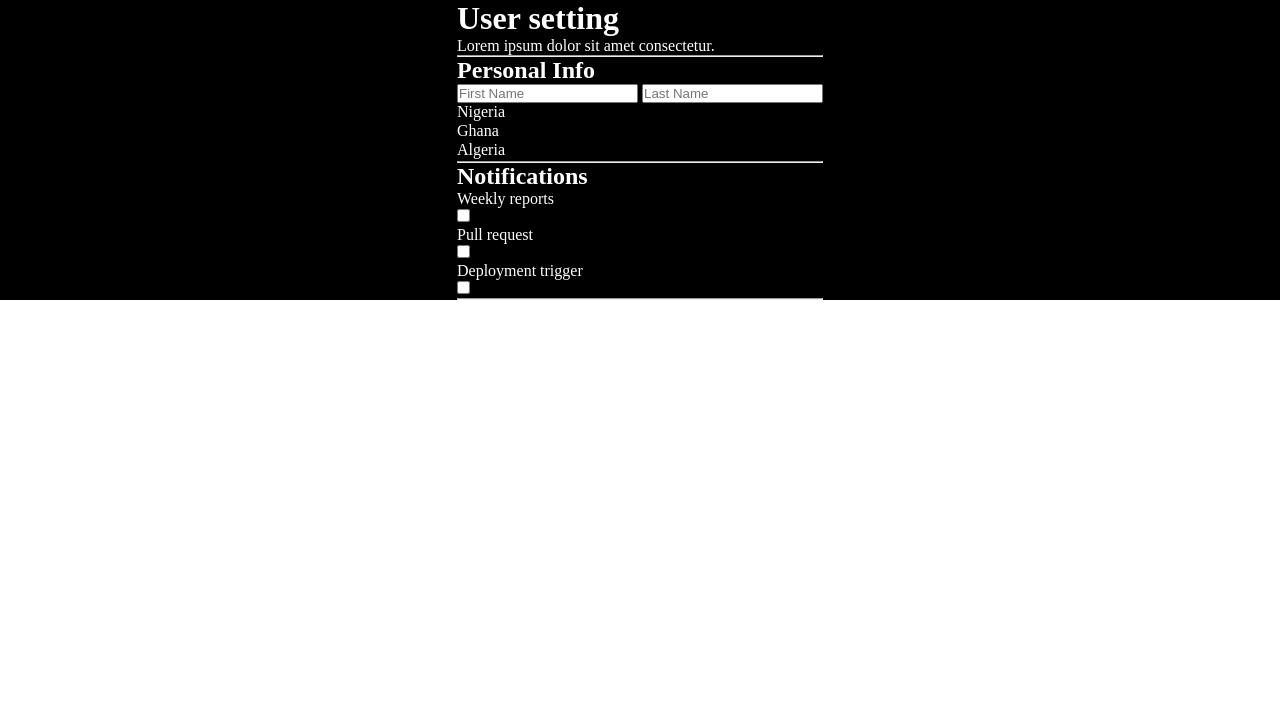
Repository: imokha01/DOM
Page: index.html
The author's editor kept a copy of each file at every save. The page is drawn from the files as they stood at one save, then again after the next save.
The browser window is 1280 px wide. The pictures show the whole page.

Above is the page before, as saved 2023-12-19 17:11:25.

### index.html
<!DOCTYPE html>
<html lang="en">
  <head>
    <meta charset="UTF-8" />
    <meta name="viewport" content="width=device-width, initial-scale=1.0" />
    <title>Document</title>
    <link rel="stylesheet" href="./index.css" />
  </head>
<body>
  <div class="form_container">
    <form action="#">
      <div>
          <h1>User setting</h1>
          <p>Lorem ipsum dolor sit amet consectetur.</p>
      </div>
      <hr>
      <div>
        <h2>Personal Info</h2>
        <input type="text" class="firstName" placeholder="First Name">
        <input type="text" class="lastName" placeholder="Last Name">
        <section>
            <option value="country" disabled hidden selected>Country</option>
            <option value="Nigeria">Nigeria</option>
            <option value="ghana">Ghana</option>
            <option value="algeria">Algeria</option>
        </section>
        <hr>
        <div>
          <h2>Notifications</h2>
          <div class="weeklyReport">
            <p class="week-para">Weekly reports</p>
            <!-- Rounded switch -->
            <label class="switch">
                 <input type="checkbox">
                <span class="slider round"></span>
            </label>
          </div>
          <div class="pullRequest">
            <p class="pull-para">Pull request</p>
            <!-- Rounded switch -->
            <label class="switch">
                 <input type="checkbox">
                <span class="slider round"></span>
            </label>
          </div>
          <div class="deployment">
            <p class="depoly-para">Deployment trigger</p>
            <!-- Rounded switch -->
          <label class="switch">
                 <input type="checkbox">
                <span class="slider round"></span>
            </label>
          </div>
          <hr>



        </div>
      </div>
    </form>


  </div>
    <script src="./index.js"></script>
  </body>
</html>

### index.css
* {
    margin: 0;
    padding: 0;
    box-sizing: border-box;
}

.form_container {
    display: flex;
    justify-content: center;
    align-items: center;
    gap: 2px;
    background-color: black;
    color: while;
}

form {
    color: white;
}








/* * The switch - the box around the slider */
/* .switch {
  position: relative;
  display: inline-block;
  width: 60px;
  height: 34px;
} */

/* Hide default HTML checkbox */
/* .switch input {
  opacity: 0;
  width: 0;
  height: 0;
} */

/* The slider */
/* .slider {
  position: absolute;
  cursor: pointer;
  top: 0;
  left: 0;
  right: 0;
  bottom: 0;
  background-color: #ccc;
  -webkit-transition: .4s;
  transition: .4s;
} */

.slider:before {
  position: absolute;
  content: "";
  height: 26px;
  width: 26px;
  left: 4px;
  bottom: 4px;
  -webkit-transition: .4s;
  transition: .4s;
}

input:checked + .slider {
  background-color: #2196F3;
}

input:focus + .slider {
  box-shadow: 0 0 1px #2196F3;
}

input:checked + .slider:before {
  -webkit-transform: translateX(26px);
  -ms-transform: translateX(26px);
  transform: translateX(26px);
}

/* Rounded sliders */
.slider.round {
  border-radius: 34px;
}

.slider.round:before {
  border-radius: 50%;
} */

### index.js
// const button = document.getElementsByTagName("button")[0]
// console.log(button)

// button.style.backgroundColor = "skyblue"
// button.style.padding = "20px";
// button.style.border = "none";
// button.style.borderRadius = "10px";
// button.style.fontSize  = "1.5em";
// button.style.color = "red";

// const body = document.querySelector("body")
// body.style.backgroundColor = "lightgreen";

const newDiv = document.createElement("div");
const newContent = document.createTextNode("hey, What is up");
newDiv.appendChild(newContent);
console.log(newDiv)

const button = document.createElement("button")

After the next save:
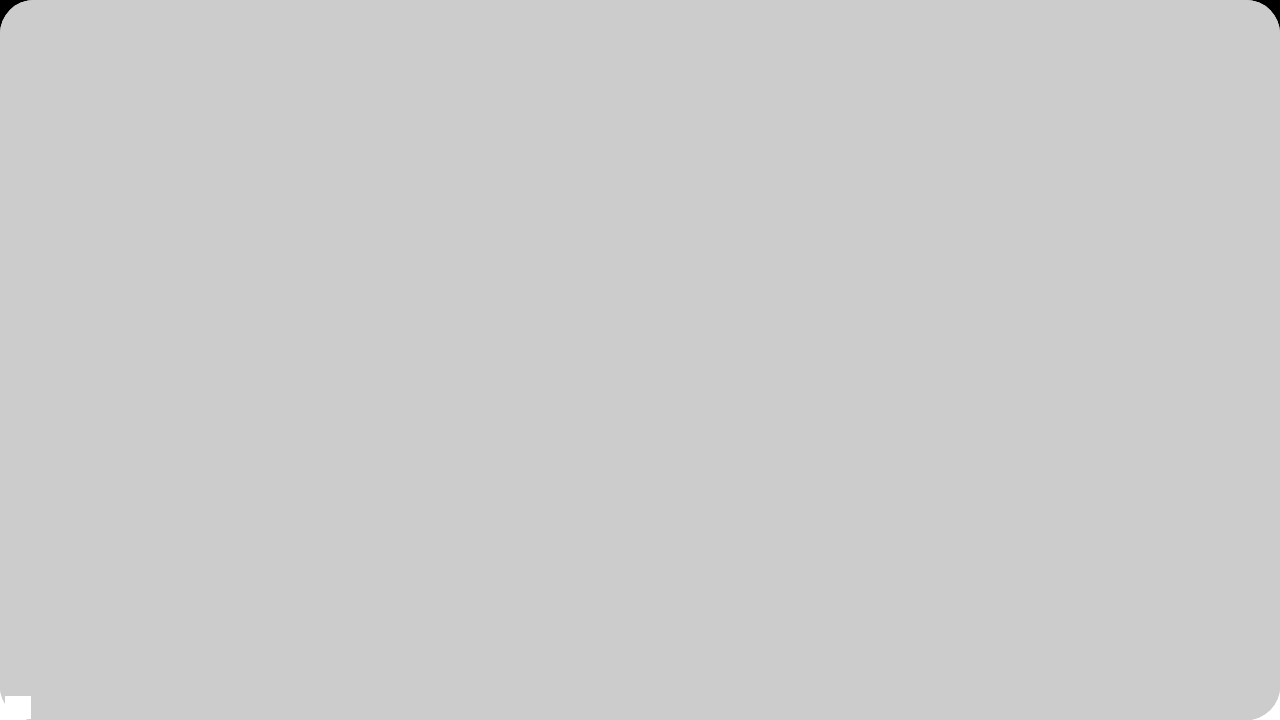
Saved 81 s later.
--- a/index.css
+++ b/index.css
@@ -25,63 +25,63 @@
 
 
 /* * The switch - the box around the slider */
-/* .switch {
-  position: relative;
-  display: inline-block;
-  width: 60px;
-  height: 34px;
-} */
+/    position: relative;
+display: inline-block;
+width: 60px;
+height: 27px;
+}
 
 /* Hide default HTML checkbox */
-/* .switch input {
-  opacity: 0;
-  width: 0;
-  height: 0;
-} */
+.switch input {
+opacity: 0;
+width: 0;
+height: 0;
+}
 
 /* The slider */
-/* .slider {
-  position: absolute;
-  cursor: pointer;
-  top: 0;
-  left: 0;
-  right: 0;
-  bottom: 0;
-  background-color: #ccc;
-  -webkit-transition: .4s;
-  transition: .4s;
-} */
+.slider {
+position: absolute;
+cursor: pointer;
+top: 0;
+left: 0;
+right: 0;
+bottom: 0;
+background-color: #ccc;
+-webkit-transition: .4s;
+transition: .4s;
+}
 
 .slider:before {
-  position: absolute;
-  content: "";
-  height: 26px;
-  width: 26px;
-  left: 4px;
-  bottom: 4px;
-  -webkit-transition: .4s;
-  transition: .4s;
+position: absolute;
+content: "";
+height: 23px;
+width: 26px;
+left: 5px;
+bottom: 1px;
+background-color: white;
+-webkit-transition: .4s;
+transition: .4s;
 }
 
 input:checked + .slider {
-  background-color: #2196F3;
+background-color: #2196F3;
 }
 
 input:focus + .slider {
-  box-shadow: 0 0 1px #2196F3;
+box-shadow: 0 0 1px #2196F3;
 }
 
 input:checked + .slider:before {
-  -webkit-transform: translateX(26px);
-  -ms-transform: translateX(26px);
-  transform: translateX(26px);
+-webkit-transform: translateX(26px);
+-ms-transform: translateX(26px);
+transform: translateX(26px);
 }
 
 /* Rounded sliders */
 .slider.round {
-  border-radius: 34px;
+border-radius: 34px;
 }
 
 .slider.round:before {
-  border-radius: 50%;
-} */
+border-radius: 50%;
+  }

After the 4 saves that followed:
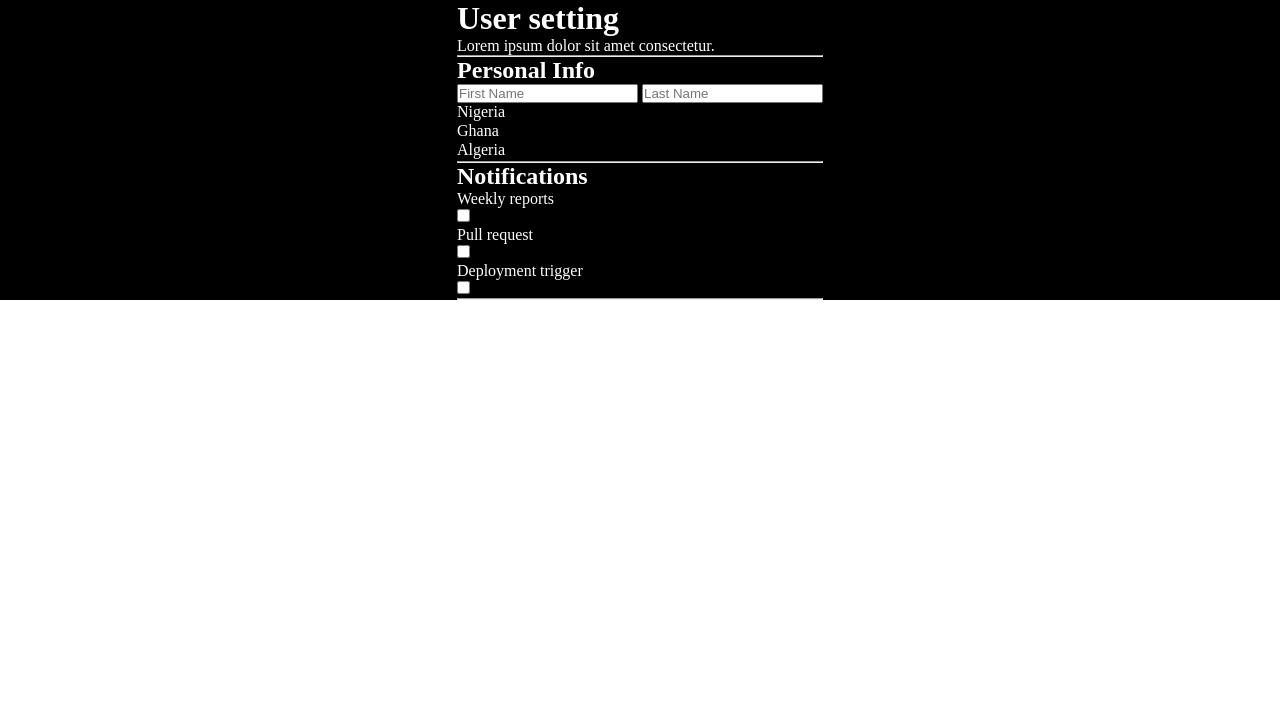
The 4 saves are shown as one change because 1 left the picture as it was and some came seconds apart.
The last was saved 41 s later.
--- a/index.css
+++ b/index.css
@@ -14,7 +14,7 @@
 }
 
 form {
-    color: white;
+    color: white
 }
 
 
@@ -25,63 +25,63 @@
 
 
 /* * The switch - the box around the slider */
-/    position: relative;
-display: inline-block;
-width: 60px;
-height: 27px;
-}
+/* .switch {
+  position: relative;
+  display: inline-block;
+  width: 60px;
+  height: 34px;
+} */
 
 /* Hide default HTML checkbox */
-.switch input {
-opacity: 0;
-width: 0;
-height: 0;
-}
+/* .switch input {
+  opacity: 0;
+  width: 0;
+  height: 0;
+} */
 
 /* The slider */
-.slider {
-position: absolute;
-cursor: pointer;
-top: 0;
-left: 0;
-right: 0;
-bottom: 0;
-background-color: #ccc;
--webkit-transition: .4s;
-transition: .4s;
-}
+/* .slider {
+  position: absolute;
+  cursor: pointer;
+  top: 0;
+  left: 0;
+  right: 0;
+  bottom: 0;
+  background-color: #ccc;
+  -webkit-transition: .4s;
+  transition: .4s;
+} */
 
 .slider:before {
-position: absolute;
-content: "";
-height: 23px;
-width: 26px;
-left: 5px;
-bottom: 1px;
-background-color: white;
--webkit-transition: .4s;
-transition: .4s;
+  position: absolute;
+  content: "";
+  height: 26px;
+  width: 26px;
+  left: 4px;
+  bottom: 4px;
+  -webkit-transition: .4s;
+  transition: .4s;
 }
 
 input:checked + .slider {
-background-color: #2196F3;
+  background-color: #2196F3;
 }
 
 input:focus + .slider {
-box-shadow: 0 0 1px #2196F3;
+  box-shadow: 0 0 1px #2196F3;
 }
 
 input:checked + .slider:before {
--webkit-transform: translateX(26px);
--ms-transform: translateX(26px);
-transform: translateX(26px);
+  -webkit-transform: translateX(26px);
+  -ms-transform: translateX(26px);
+  transform: translateX(26px);
 }
 
 /* Rounded sliders */
 .slider.round {
-border-radius: 34px;
+  border-radius: 34px;
 }
 
 .slider.round:before {
-border-radius: 50%;
-  }
+  border-radius: 50%;
+} */
